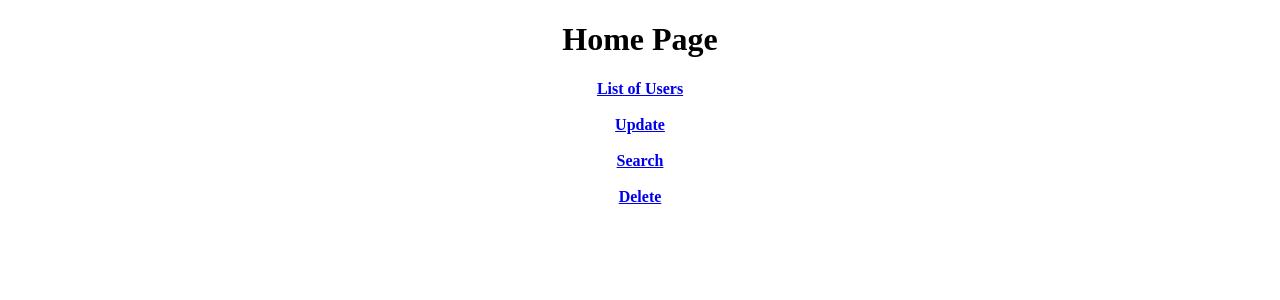
Repository: priyankamergu/MyAllProjects
Page: http://localhost/NewTrainingServlet/Home.jsp
An editor plug-in stored every save of this project. The page is shown before and after the next save, followed by the edit.
The browser window is 1280 px wide. The pictures show the whole page.
The page is served by Tomcat 9. Other server files are loaded and not shown.

Above is the page before, as saved 2019-11-10 12:14:22.

### Workspace_JEE7_WEB/NewTrainingServlet/WebContent/Home.jsp
<%@ page language="java" contentType="text/html; charset=ISO-8859-1"
    pageEncoding="ISO-8859-1"%>
<!DOCTYPE html>
<html>
<head>
<meta charset="ISO-8859-1">
<title>Insert title here</title>
</head>
<body>
<center>
<h1>Home Page</h1>
<a href="UserShow.jsp"><b>List of Users</b></a><br><br>


<%

session.setAttribute("up",session.getAttribute("id"));
out.print("<a href='Update.jsp'><b>Update</b></a><br><br>");

%>
<%

session.setAttribute("se",session.getAttribute("id"));
out.print("<a href='Search.jsp'><b>Search</b></a><br><br>");

%>
<a href="Delete.jsp"><b>Delete</b></a><br><br>


</center>
</body>
</html>

After the next save:
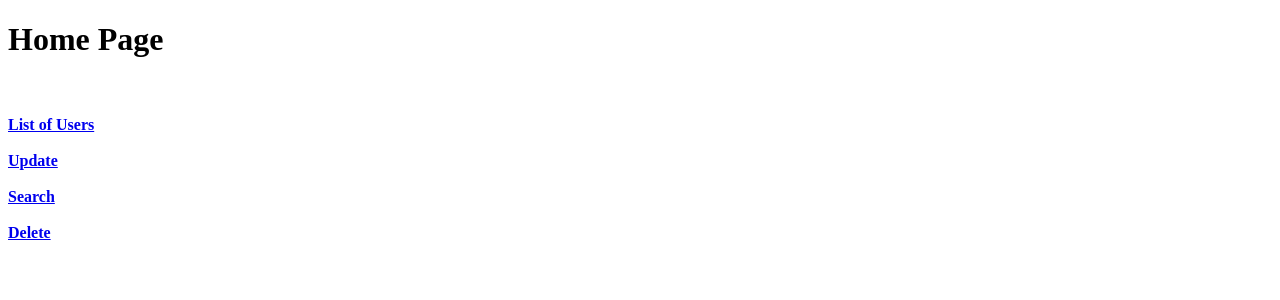
Saved 14 s later.
--- a/Workspace_JEE7_WEB/NewTrainingServlet/WebContent/Home.jsp
+++ b/Workspace_JEE7_WEB/NewTrainingServlet/WebContent/Home.jsp
@@ -7,8 +7,8 @@
 <title>Insert title here</title>
 </head>
 <body>
-<center>
-<h1>Home Page</h1>
+
+<h1>Home Page</h1><br><br>
 <a href="UserShow.jsp"><b>List of Users</b></a><br><br>
 
 
